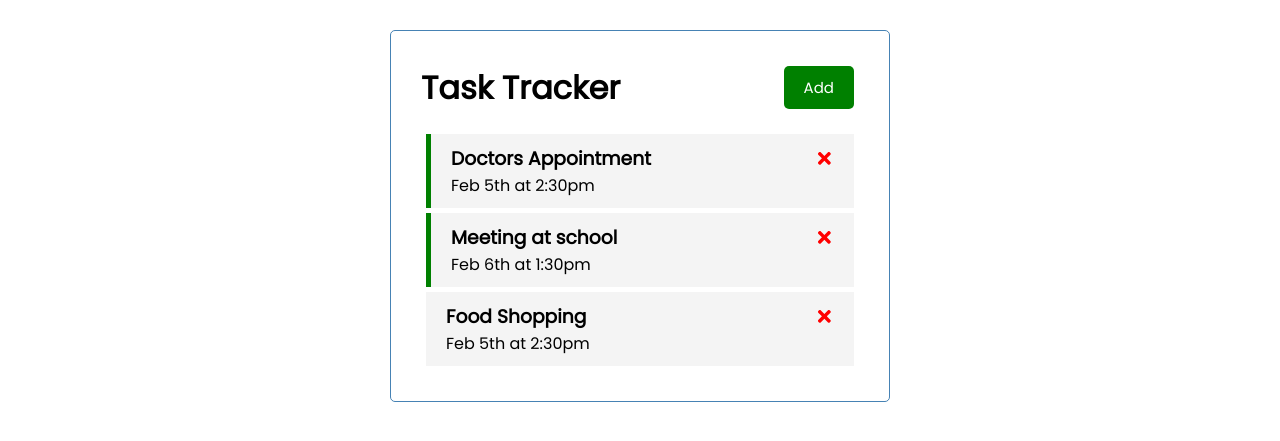
Repository: solutionsforeverything/React-task-tracker
Page: /
The author's editor kept a copy of each file at every save. The page is drawn from the files as they stood at one save, then again after a run of saves.
The browser window is 1280 px wide. The pictures show the whole page.
The page's requests for data from a server got no answer. The project was rebuilt for these pictures with package versions that can differ from the ones it lists, and the page was loaded fresh each time. No one was signed in, and anything a server would have sent is missing. Requests to the local data server were answered from the project's data file. Also part of the build but not shown: src/Components/AddTask.js.

Above is the page before, as saved 2021-02-26 22:49:28.

After the next 3 saves:
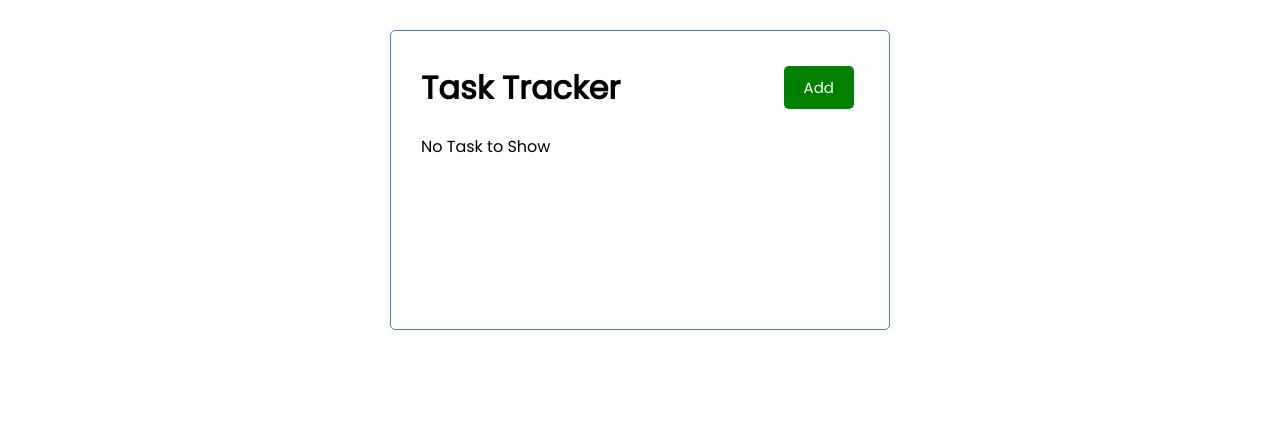
The 3 saves are shown as one change because they came seconds apart.
The last was saved 42 s later.
--- a/src/App.js
+++ b/src/App.js
@@ -17,8 +17,8 @@ useEffect(() => {
 }, []);
 
 //Fetch task
-const fetchTasks=async()=>{
-  const res=await fetch('http://localhost:5000/tasks');
+const fetchTasks=async(url)=>{
+  const res=await fetch(url);
   const data=await res.json();
 
   return data;

After the save that followed:
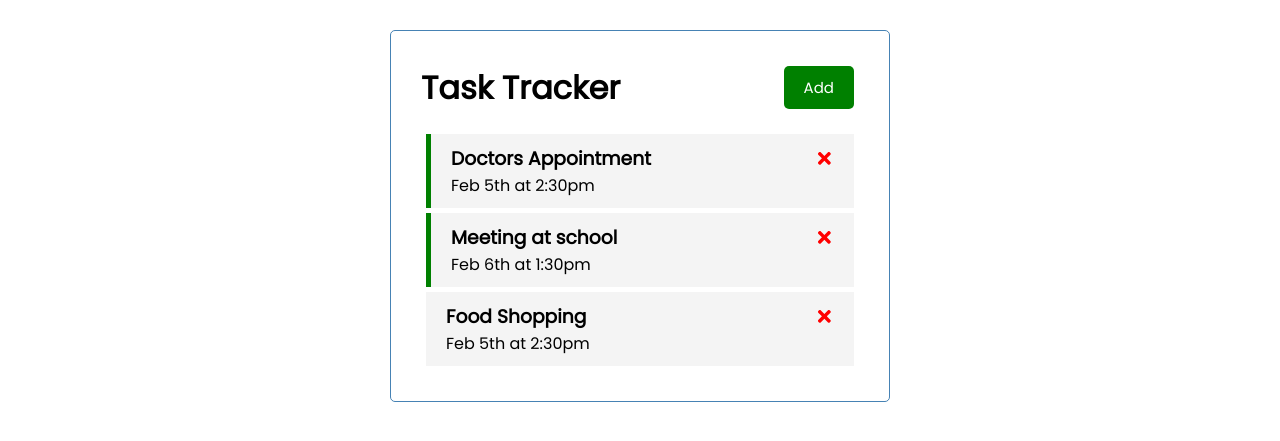
Saved 10 s later.
--- a/src/App.js
+++ b/src/App.js
@@ -10,7 +10,7 @@ function App() {
   //Fetch data from json server
 useEffect(() => {
     const getTasks=async() =>{
-      const data=await fetchTasks();
+      const data=await fetchTasks('http://localhost:5000/tasks');
       setTasks(data);
     }
     getTasks();
